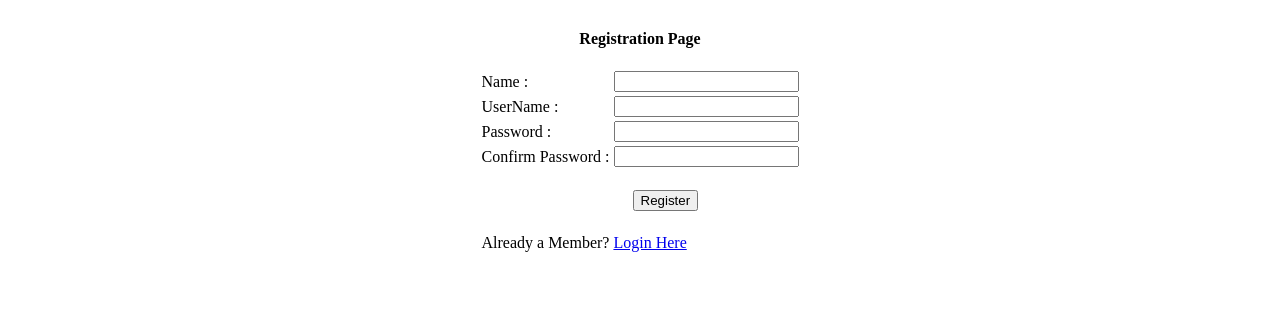
Repository: ShegokarSneha/Login-Registration
Page: http://localhost/LoginRegistration/Register.jsp
An editor plug-in stored every save of this project. The page is shown before and after the next save, followed by the edit.
The browser window is 1280 px wide. The pictures show the whole page.
The page is served by Tomcat 9.

Above is the page before, as saved 2019-07-09 09:38:38.

After the next save:
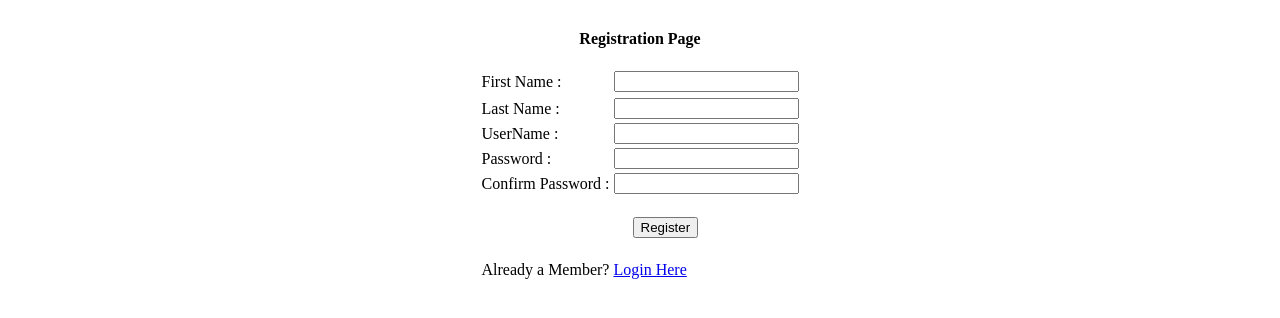
Saved 44 s later.
--- a/LoginRegistration/WebContent/Register.jsp
+++ b/LoginRegistration/WebContent/Register.jsp
@@ -13,8 +13,12 @@
 				<th colspan="2" style="padding: 20px">Registration Page</th>
 			</tr>
 			<tr>
-				<td>Name :</td>
-				<td><input type="text" name="name"></td>
+				<td>First Name :</td>
+				<td><input type="text" name="fname"></td>
+			<tr>
+			<tr>
+				<td>Last Name :</td>
+				<td><input type="text" name="lname"></td>
 			<tr>
 				<td>UserName :</td>
 				<td><input type="text" name="username"></td>
